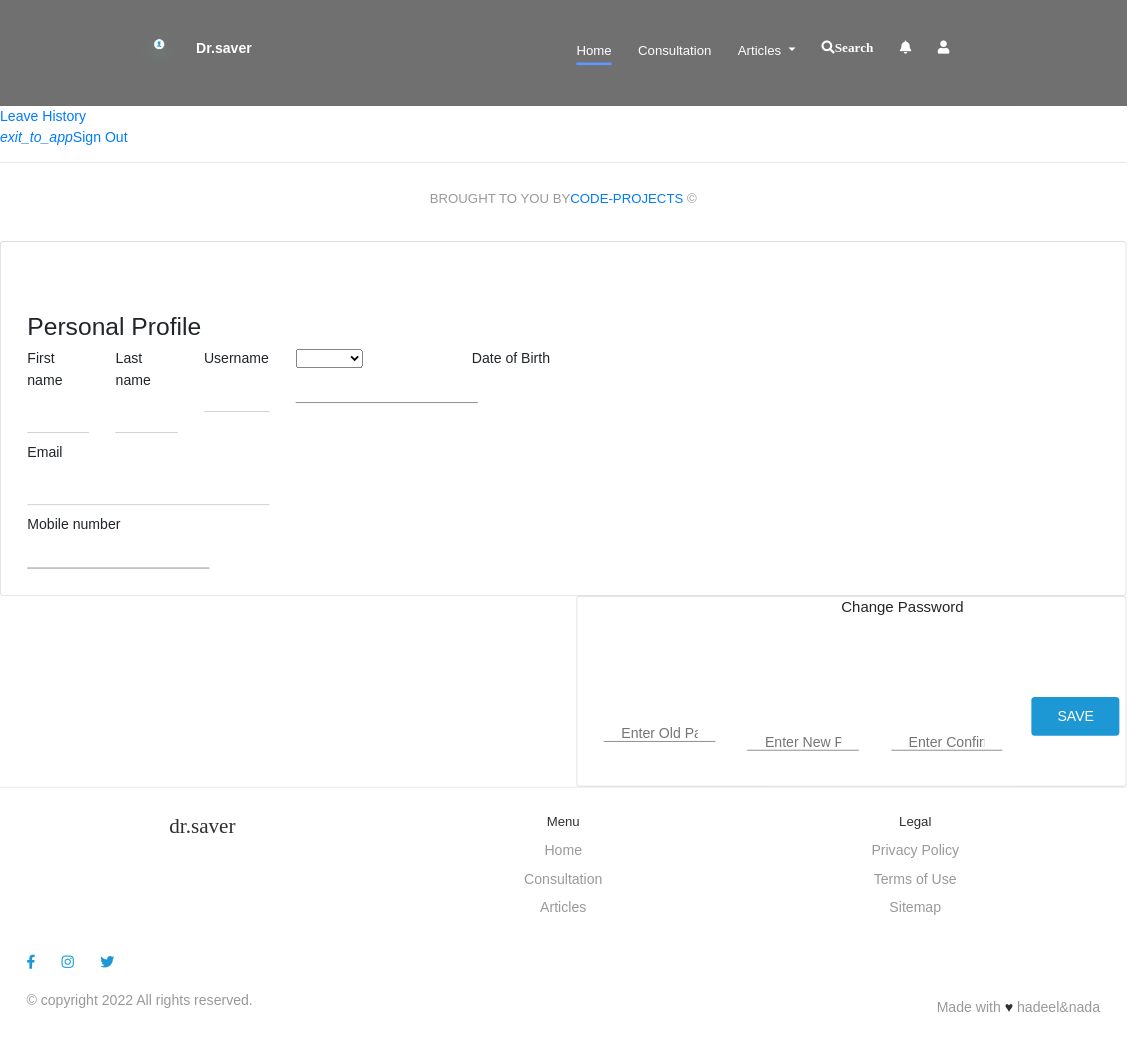
Repository: nsra/hadeel_doctor_system
Page: patient/Pprofile.html
The author's editor kept a copy of each file at every save. The page is drawn from the files as they stood at one save, then again after a run of saves.
The browser window is 1280 px wide. The page is 1295 px wide, so the pictures cover 1295 px, including what lies to the right of the window. The pictures show the whole page, at 88% of full size.
Some web fonts or font styles are not loaded; a fallback is used. Some web libraries are served in a nearby version.

Above is the page before, as saved 2022-03-25 14:23:12.
Not found: patient/assets/images/profile-image.png

After the next 2 saves:
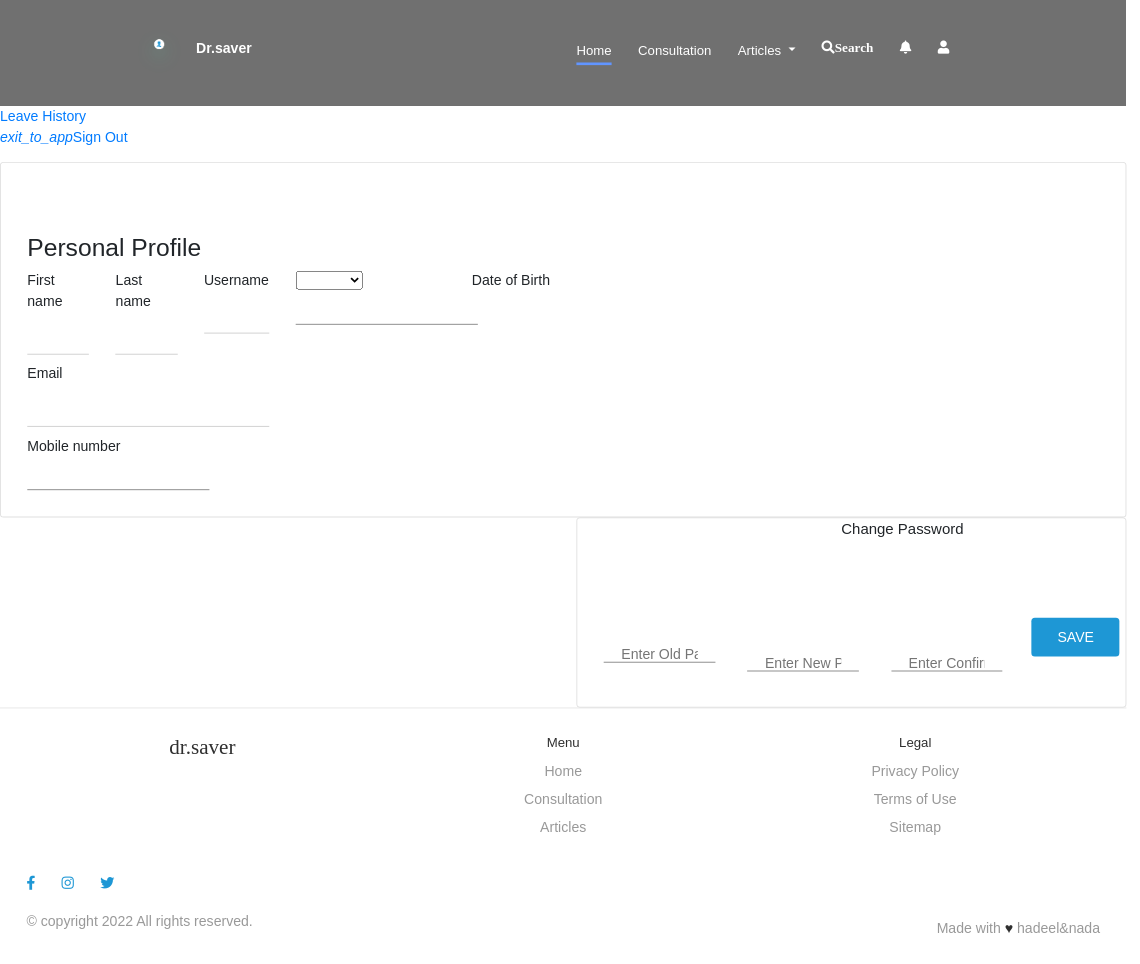
The 2 saves are shown as one change because they came seconds apart.
The last was saved 18 s later.
--- a/patient/Pprofile.html
+++ b/patient/Pprofile.html
@@ -85,10 +85,7 @@
 
 
         </ul>
-        <div class="footer">
-            <p class="copyright">Brought to You By<a href="http://www.code-projects.org/">Code-Projects </a>©</p>
-
-        </div>
+
         </div>
     </aside>
 
